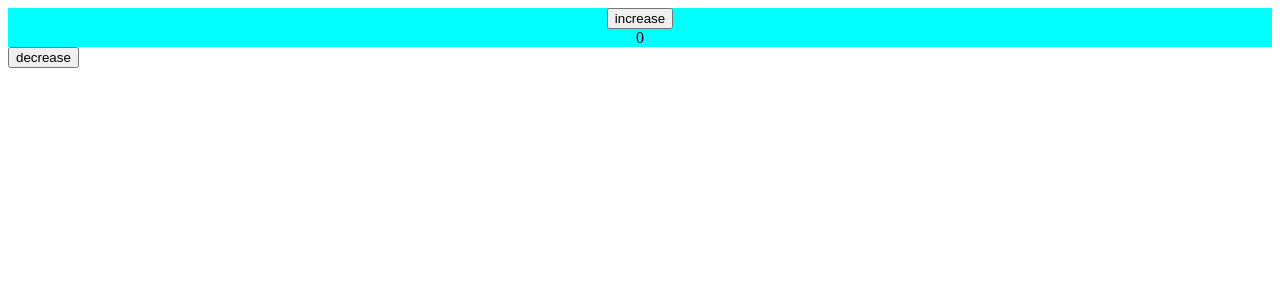
Repository: Samkiroko/react-hooks
Page: /
These files come from the project's save history. The page is drawn as it stood at one moment and after the next save; the edit follows.
The browser window is 1280 px wide. The pictures show the whole page.
The project was rebuilt for these pictures with package versions that can differ from the ones it lists, and the page was loaded fresh each time.

Above is the page before, as saved 2021-08-22 20:42:42.

After the next save:
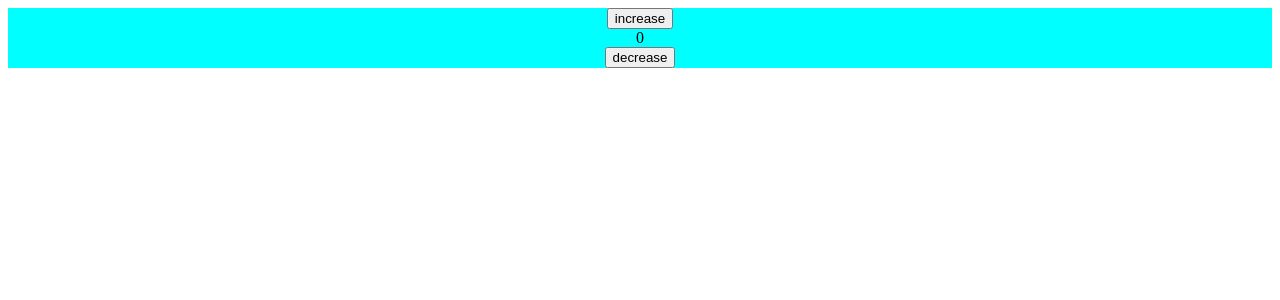
Saved 35 s later.
--- a/src/components/usestate/Usestate.js
+++ b/src/components/usestate/Usestate.js
@@ -7,8 +7,8 @@ const Usestate = () => {
       <div className='counter'>
         <button>increase</button>
         {count}
+        <button>decrease</button>
       </div>
-      <button>decrease</button>
     </div>
   )
 }
